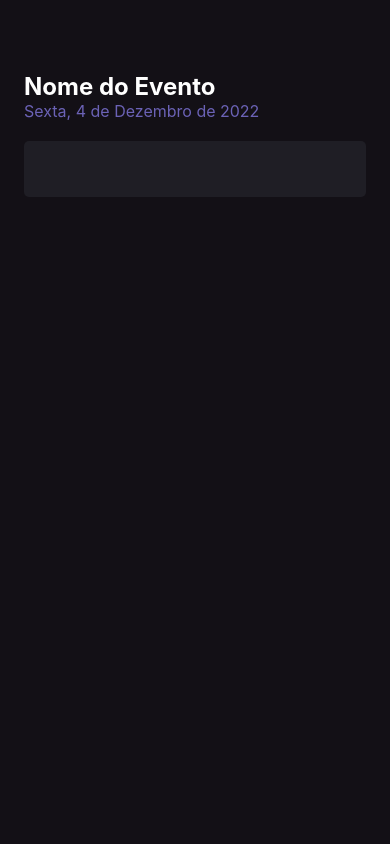
Repository: guilhermecardoso93/reactNative-ignite-imhere
Screen: /
An editor plug-in stored every save of this project. The screen is shown before and after the next save, followed by the edit.
The app was drawn by React Native's web renderer in a window 390 px wide. The project was rebuilt for these pictures with package versions that can differ from the ones it lists, and the page was loaded fresh each time.

Above is the screen before, as saved 2022-10-02 19:31:40.

### App.tsx
import { Text, View, StyleSheet } from "react-native";
import Home from "./src/screens/Home";

export default function App() {
  return (
    <>
      <Home/>
    </>
  );
}

### src/screens/Home/index.tsx
import { Text, View, TextInput } from "react-native";

import { styles } from "./styles";

export default function Home() {
  return (
    <View style={styles.container}>
      <Text style={styles.eventName}>Nome do Evento</Text>
      <Text style={styles.eventDate}>Sexta, 4 de Dezembro de 2022</Text>
      <TextInput  style={styles.eventInput}/>
    </View>
  );
}

### src/screens/Home/styles.ts
import { StyleSheet } from "react-native";

export const styles = StyleSheet.create({
  container: {
    flex: 1,
    padding: 24,
    backgroundColor: "#131016",
  },
  eventName: {
    color: "#fff",
    fontSize: 24,
    fontWeight: "bold",
    marginTop: 48,
  },
  eventDate: {
    color: "#6b62b6",
    fontSize: 16,
  },
  eventInput: {
    backgroundColor: "#1f1e25",
    color: "#FFF",
    height: 56,
    borderRadius: 5,
    padding: 16,
    marginTop: 20,
    fontSize: 16
  },
});

After the next save:
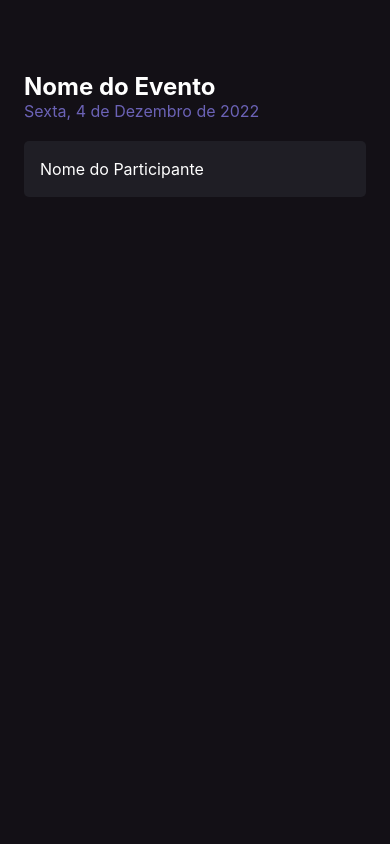
Saved 77 s later.
--- a/src/screens/Home/index.tsx
+++ b/src/screens/Home/index.tsx
@@ -7,7 +7,10 @@ export default function Home() {
     <View style={styles.container}>
       <Text style={styles.eventName}>Nome do Evento</Text>
       <Text style={styles.eventDate}>Sexta, 4 de Dezembro de 2022</Text>
-      <TextInput  style={styles.eventInput}/>
+      <TextInput
+        style={styles.eventInput}
+        placeholder='Nome do Participante'
+      />
     </View>
   );
 }
